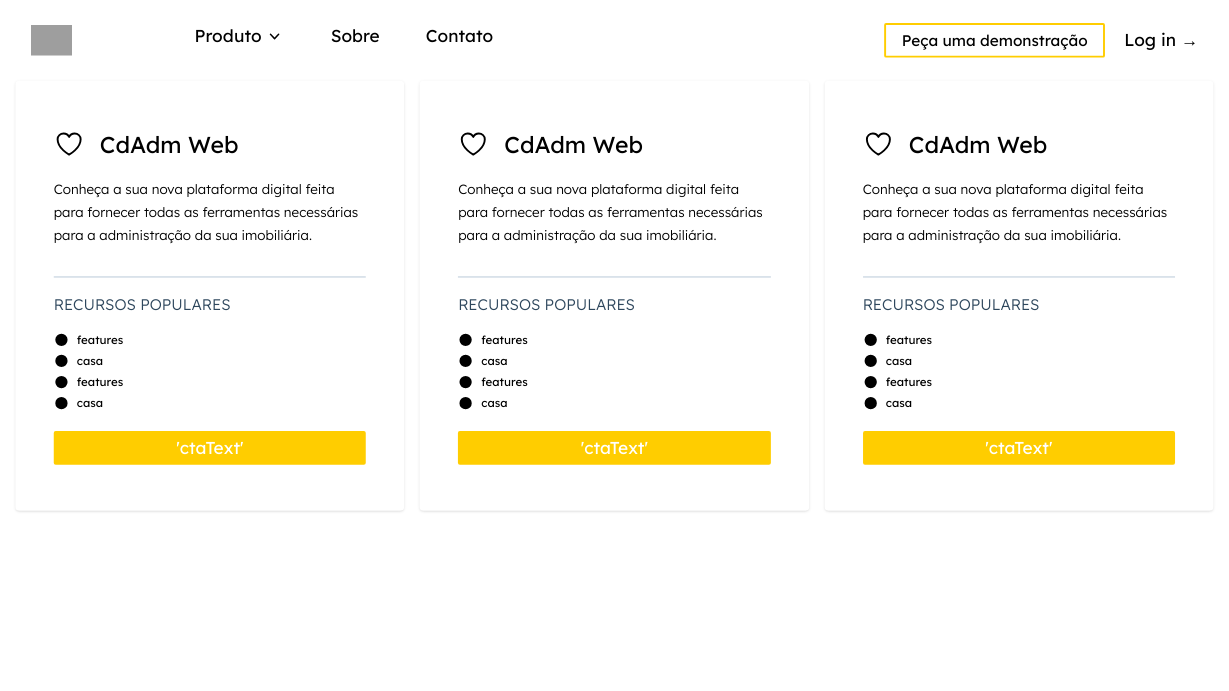
Repository: VereAbsolutum/site-institucional
Page: /
An editor plug-in stored every save of this project. The page is shown before and after a run of saves, followed by the edit.
The browser window is 1280 px wide. The pictures show the whole page, at 96% of full size.
Pictures or frames that could not be fetched are drawn as grey boxes. The project was rebuilt for these pictures with package versions that can differ from the ones it lists, and the page was loaded fresh each time. Also part of the build but not shown: vite.config.ts, src/presentation/components/buttons/button-primary.tsx, src/presentation/components/links/link-border-primary.tsx, src/presentation/components/links/link-border-white.tsx, src/presentation/components/typography/display.tsx, src/presentation/components/typography/heading1.tsx, src/presentation/components/typography/heading2.tsx, src/presentation/components/typography/heading3.tsx and 2 more.

Above is the page before, as saved 2023-04-15 00:08:44.

After the next 2 saves:
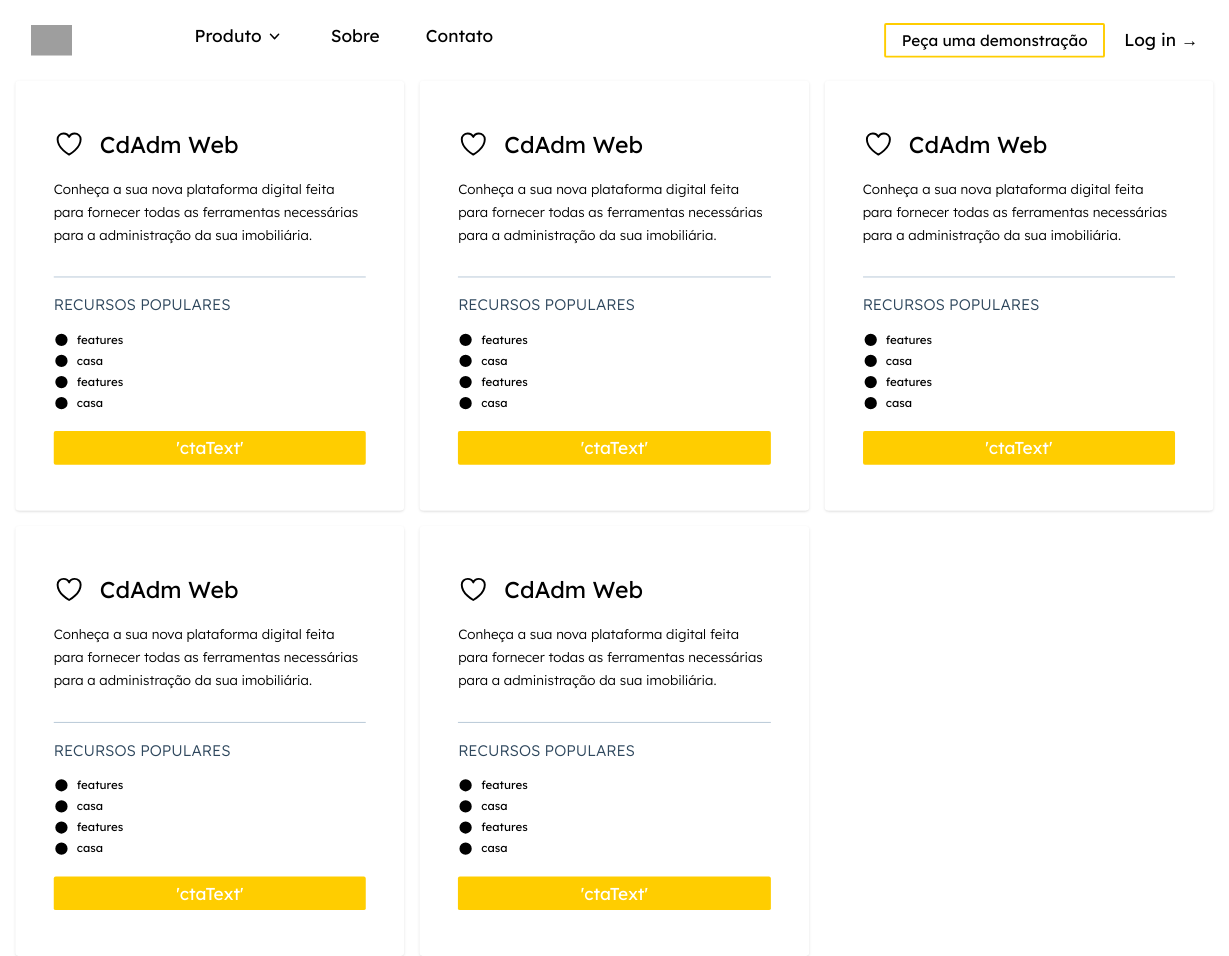
The 2 saves are shown as one change because they came seconds apart.
The last was saved 46 s later.
--- a/src/presentation/pages/home/home.tsx
+++ b/src/presentation/pages/home/home.tsx
@@ -12,6 +12,8 @@ const home: React.FC = () => {
                         <ProductCard></ProductCard>
                         <ProductCard></ProductCard>
                         <ProductCard></ProductCard>
+                        <ProductCard></ProductCard>
+                        <ProductCard></ProductCard>
                     </div>
                 </section>
             </main>
